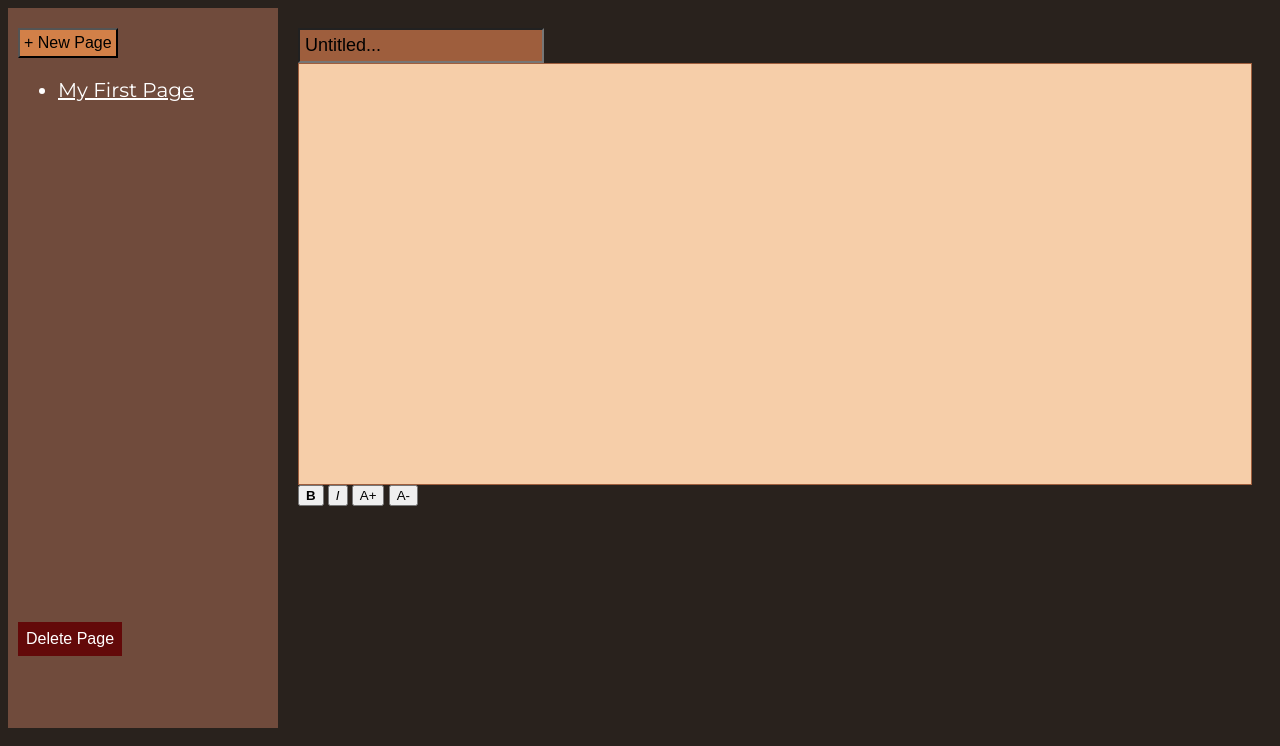
Repository: Dharshinimk-521/notes-app
Page: index.html
An editor plug-in stored every save of this project. The page is shown before and after the next save, followed by the edit.
The browser window is 1280 px wide. The pictures show the whole page.

Above is the page before, as saved 2026-04-18 22:53:18.

### index.html
<!DOCTYPE html>
<html lang="en">
    <head>
        <meta charset="UTF-8">
        <meta name="viewport" content="width=device-width, initial-scale=1.0">
        <title>Notes App</title>
        <link rel="stylesheet" href="style.css">
        <link rel="preconnect" href="https://fonts.googleapis.com">
        <link rel="preconnect" href="https://fonts.gstatic.com" crossorigin>
        <link href="https://fonts.googleapis.com/css2?family=Montserrat:ital,wght@0,100..900;1,100..900&display=swap" rel="stylesheet">
        <script src="app.js" defer></script>
    </head>
    <body>
    <div class="app">

        <aside class="sidebar">
        <button id="newPageBtn">+ New Page</button>
        <ul id="pageList"></ul>
        <button id="deletePageBtn"> Delete Page</button>
        </aside>

        <main class="editor">
            <input id="pageTitle" placeholder="Untitled..." />

            <div class="editor-container">
                <div id="editorArea" contenteditable="true"></div>


                <div class="tool-bar">
                    <button onclick="formatText('bold')"><b>B</b></button>
                    <button onclick="formatText('italic')"><i>I</i></button>
                    <button onclick="changeFontSize(1)">A+</button>
                    <button onclick="changeFontSize(-1)">A-</button>
                </div>



            </div>
        </main>

    </div>


    </body>
</html>

### style.css
body{
    font-family:'Montserrat',sans-serif;
    background-color: #29221D;
}
.app {
  margin: 0;
  display: flex;
  height: 100vh;

}

.sidebar {
  width: 250px;
  background: #704B3C;
  padding: 10px;
}

.editor {
  flex: 1;
  padding: 20px;
}

#editorArea {
  min-height: 400px;
  background-color: #F6CEA9;
  border: 1px solid #9E5E3D;
  padding: 10px;
  font-size: 16px;
}
#newPageBtn{
 background-color: #D28048;
 padding: 4px;
 margin-top: 10px;
 cursor:pointer;
 font-size: 16px;
}
#pageTitle{
    padding:5px;
    background-color: #9E5E3D;
    color: black;
    font-size: 18px;
}
::placeholder{
    color:black;
    opacity: 1
}
#deletePageBtn {
    margin-top: 500px;
  margin-bottom: 90px;
  background: #630909;
  color: white;
  border: none;
  padding: 8px;
  cursor: pointer;
  font-size: 16px;
}
#pageList{
    text-decoration: underline;
    color:white;
    cursor: pointer;
    font-size: 20px;
}

.toolbar {
  background: #222222;
  padding: 8px;
  border-bottom: 1px solid #ddd;
}

.toolbar button {
  margin-right: 5px;
  padding: 5px 8px;
  cursor: pointer;
}

### app.js
// Load pages from localStorage OR use default
let pages = JSON.parse(localStorage.getItem("pages")) || [
  {
    id: "123",
    title: "My First Page",
    content: "<p>Hello world</p>"
  }
];

let currentPageId = null;

// Save all pages
function savePages() {
  localStorage.setItem("pages", JSON.stringify(pages));
}

// Create new page
function createPage() {
  const newPage = {
    id: Date.now().toString(),
    title: "Untitled",
    content: ""
  };

  pages.push(newPage);
  savePages();
  renderPages();
  openPage(newPage.id);
}

// Render sidebar
function renderPages() {
  const pageList = document.getElementById("pageList");
  pageList.innerHTML = "";

  pages.forEach((page) => {
    const li = document.createElement("li");
    li.textContent = page.title;

    if (page.id === currentPageId) {
      li.style.background = "#ddd";

    }

    li.onclick = () => openPage(page.id);

    pageList.appendChild(li);
  });
}

// Open page
function openPage(id) {
    console.log("Opening page:", id);
  const page = pages.find(p => p.id === id);
  currentPageId = id;

  if (!page) return;

  document.getElementById("pageTitle").value = page.title;
  document.getElementById("editorArea").innerHTML = page.content;
}

// Auto save current page
function saveCurrentPage() {
  const page = pages.find(p => p.id === currentPageId);
  if (!page) return;

  page.title = document.getElementById("pageTitle").value;
  page.content = document.getElementById("editorArea").innerHTML;

  savePages();
}
//del func
function deleteCurrentPage() {
  if (!currentPageId) return;

  const confirmDelete = confirm("Delete this page?");
  if (!confirmDelete) return;

  pages = pages.filter(p => p.id !== currentPageId);

  savePages();
  renderPages();

  if (pages.length > 0) {
    openPage(pages[0].id);
  } else {
    currentPageId = null;
    document.getElementById("pageTitle").value = "";
    document.getElementById("editorArea").innerHTML = "";
  }
}
function formatText(command) {
  const editor= document.getElementById("editorArea");
  editor.focus();
  document.execCommand(command,false,null)
}
let currentFontSize = 3;
function changeFontSize(step){
  const editor= document.getElementById("editorArea");
  editor.focus();
  currentFontSize += step;
  if (currentFontSize < 1) currentFontSize = 1;
  if (currentFontSize > 7) currentFontSize = 7;

  document.execCommand("fontSize", false, currentFontSize);
}
// Event listeners
document.getElementById("newPageBtn").onclick = createPage;
document.getElementById("editorArea").addEventListener("input", saveCurrentPage);
document.getElementById("pageTitle").addEventListener("input", saveCurrentPage);
document.getElementById("deletePageBtn").onclick = deleteCurrentPage;
// Initial render
renderPages();

After the next save:
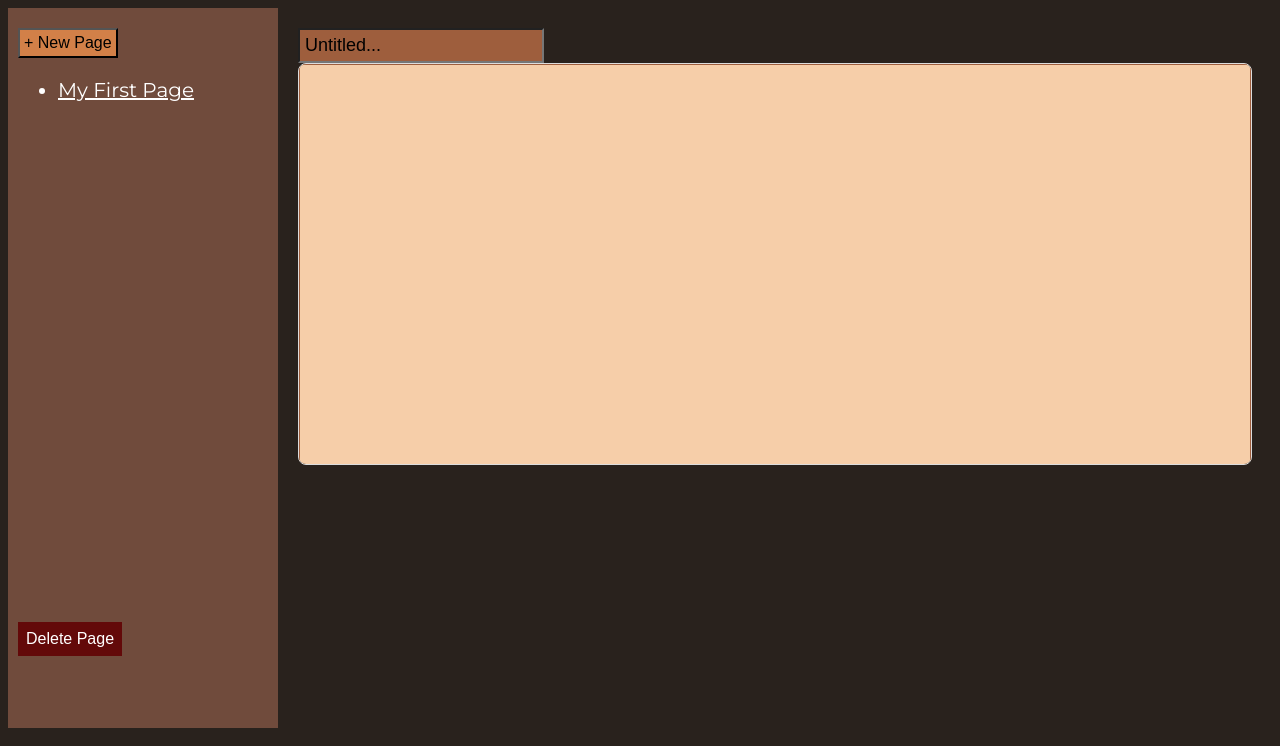
Saved 14 s later.
--- a/style.css
+++ b/style.css
@@ -61,13 +61,29 @@
     font-size: 20px;
 }
 
-.toolbar {
-  background: #222222;
-  padding: 8px;
-  border-bottom: 1px solid #ddd;
+.editor-container {
+  display: flex;
+  flex-direction: column;
+  height: 400px; /* or whatever height */
+  border: 1px solid #ddd;
+  border-radius: 8px;
+  overflow: hidden;
 }
 
-.toolbar button {
+#editorArea {
+  flex: 1;              /* takes all available space */
+  padding: 10px;
+  outline: none;
+  overflow-y: auto;
+}
+
+.tool-bar {
+  background: #2d2d2d;
+  padding: 8px;
+  border-top: 1px solid #ccc;
+}
+
+.tool-bar button {
   margin-right: 5px;
   padding: 5px 8px;
   cursor: pointer;

After the save that followed:
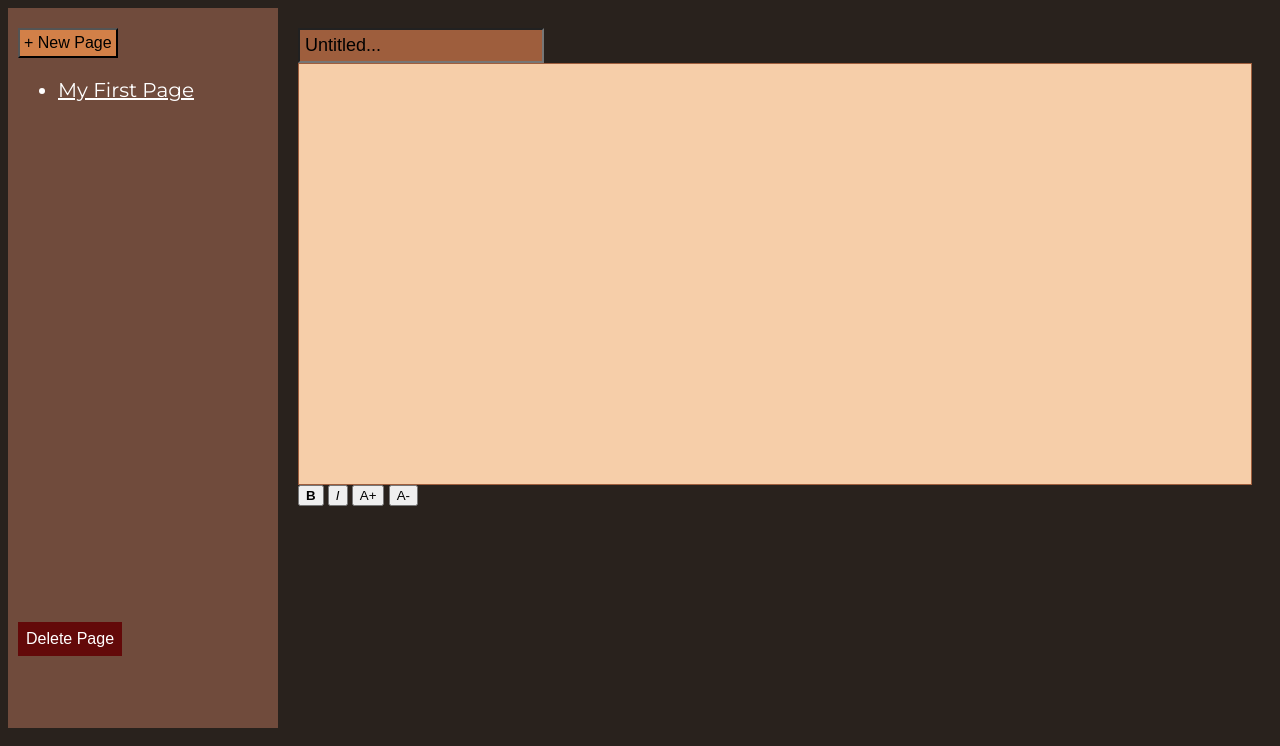
Saved 30 s later.
--- a/index.html
+++ b/index.html
@@ -33,8 +33,6 @@
                     <button onclick="changeFontSize(-1)">A-</button>
                 </div>
 
-
-
             </div>
         </main>
 
--- a/style.css
+++ b/style.css
@@ -60,31 +60,3 @@
     cursor: pointer;
     font-size: 20px;
 }
-
-.editor-container {
-  display: flex;
-  flex-direction: column;
-  height: 400px; /* or whatever height */
-  border: 1px solid #ddd;
-  border-radius: 8px;
-  overflow: hidden;
-}
-
-#editorArea {
-  flex: 1;              /* takes all available space */
-  padding: 10px;
-  outline: none;
-  overflow-y: auto;
-}
-
-.tool-bar {
-  background: #2d2d2d;
-  padding: 8px;
-  border-top: 1px solid #ccc;
-}
-
-.tool-bar button {
-  margin-right: 5px;
-  padding: 5px 8px;
-  cursor: pointer;
-}
